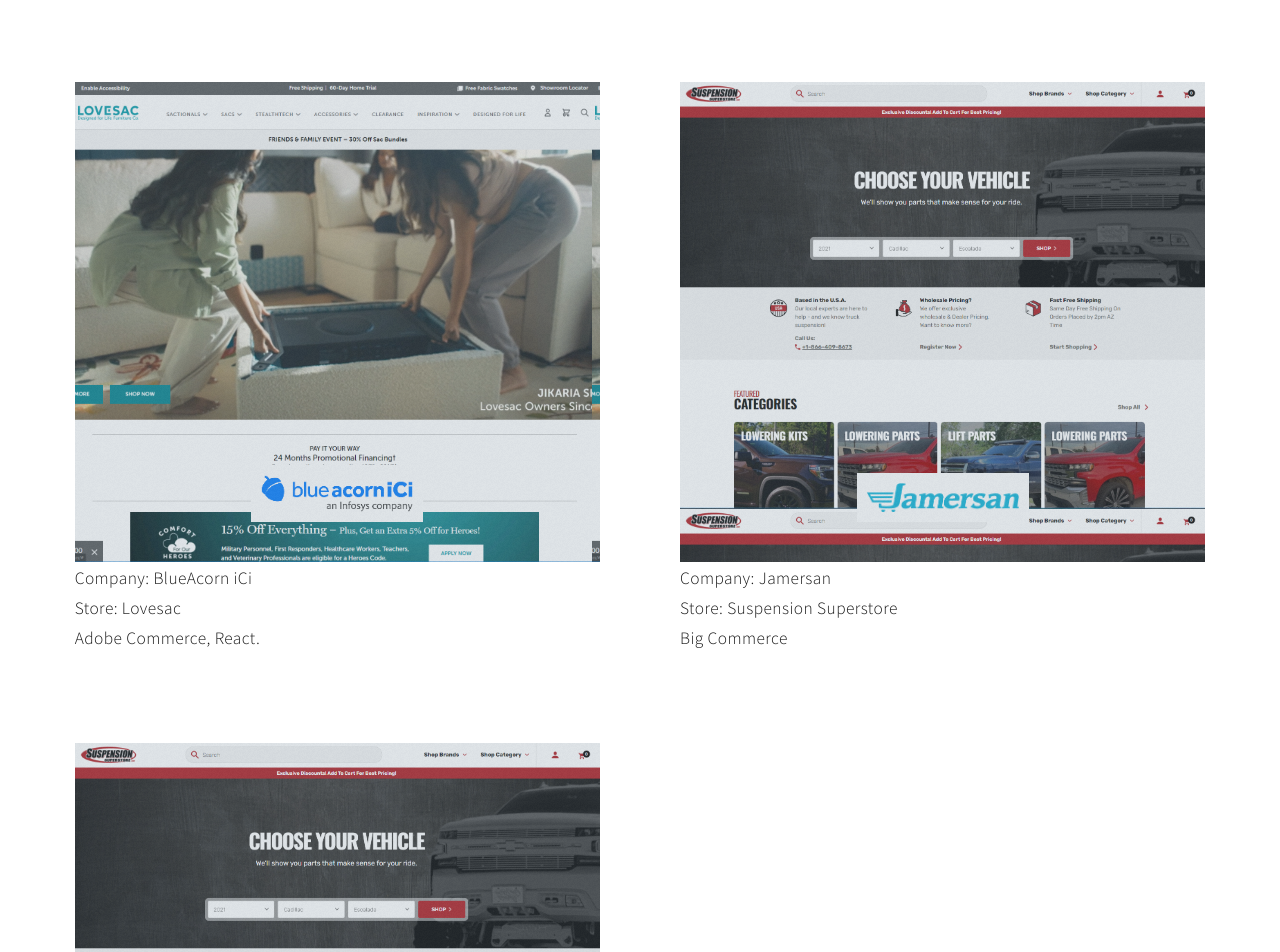
Repository: mauriciopazpp/mauriciopazpp.github.io
Page: index.html
These files come from the project's save history. The page is drawn as it stood at one moment and after the next save; the edit follows.
The browser window is 1280 px wide. The pictures show the part of the page from y = 5548 to 6500 px (the page is 8108 px tall).
A picture or video elsewhere on the page could not be fetched, so the positions and the page height are approximate. Backgrounds fixed to the window are drawn as part of the page.

Above is the page before, as saved 2024-03-05 23:15:50.
Console error: TypeError: Cannot set properties of undefined (setting 'windowMargin')

### index.html
<!DOCTYPE HTML>
<html>
	<head>
		<title>Mauricio Paz</title>
		<meta charset="utf-8" />
		<meta name="viewport" content="width=device-width, initial-scale=1, user-scalable=no" />
		<link rel="stylesheet" href="assets/css/main.css" />
		<noscript><link rel="stylesheet" href="assets/css/noscript.css" /></noscript>
		<link rel="icon" type="image/x-icon" href="images/favicon.png">
	</head>
	<body class="is-preload">
		<!-- <img id="preload" src="images/preloader.gif"> -->
		<!-- Header -->
			<header id="header">
				<div class="logo-header">
					<img src="images/logo-2.png" alt="Mauricio Paz Pacheco CV">
				</div>
				<nav>
					<ul>
						<li><a href="#intro">Intro</a></li>
						<li><a href="#one">Who I am</a></li>
						<li><a href="#two">Skills and Certifications</a></li>
						<li><a href="#work">Experience</a></li>
						<li><a href="#portfolio">Portfolio</a></li>
						<li style="display: none;"><a href="#things">My Things</a></li>
						<li><a href="#contact">Contact</a></li>
					</ul>
				</nav>
			</header>

		<!-- Intro -->
			<section id="intro" class="main style1 dark fullscreen">
				<div class="content">
					<header>
						<h2>Mauricio Paz</h2>
					</header>
					<p>Enter the realm of my career.</p>
					<footer>
						<!-- <a href="#one" class="button style2 down">More</a> -->
						<a href="cv/Mauricio.pdf" target="_blank" class="button">Download CV</a>
						<a href="#one" class="button">More</a>
					</footer>
				</div>
			</section>

		<!-- One -->
			<section id="one" class="main style2 right dark fullscreen">
				<div class="content box style2">
					<header>
						<h2>Who I am</h2>
					</header>
					<p>Mauricio, <span id="age">35</span> years old, more than a decade of experience in the systems development field. Certified by Adobe. Married, living in the south of Brazil. I enjoy Rock, Heavy Metal, cats and games.</p>
					<p>Let's be friends, this is my insta <a href="https://www.instagram.com/mauricio.paz.p/" style="text-decoration: none; font-weight: bold;">@mauricio.paz.p</a></p>
				</div>
				<a href="#two" class="button style2 down anchored">Next</a>
			</section>

		<!-- Two -->
			<section id="two" class="main style2 left dark fullscreen">
				<div class="content box style2">
					<header>
						<h2>Skills</h2>
					</header>
					<p><b class="php">#php</b>, <b class="javascript">#javascript</b>, <b class="node">#node</b>, <b class="graphql">#graphql</b>, <b class="sql">#sql</b></p>
					<p><b class="adobecommerce">#adobecommerce</b>, <b class="bigcommerce">#bigcommerce</b>, <b class="shopify">#shopify</b>, <b class="pwastudio">#pwastudio</b></p>
					<p><b class="vuejs">#vuejs</b>, <b class="react">#react</b>, <b class="reactnative">#reactnative</b></p>
					<p><b class="git">#git</b>, <b class="warden">#warden</b>, <b class="docker">#docker</b>, <b class="commercecloud">#commercecloud</b></p>
					<p><b class="frontend">#frontend</b>, <b class="backend">#backend</b>, <b class="fullstack">#fullstack</b></p>
					<p><b class="english">#english</b>, <b class="portuguese">#portuguese</b></p>

					<br>

					<h2>Certifications</h2>
					<p>
						<b>
						- Adobe Certified Expert - Adobe Commerce Front-End Developer.
						<a href="https://www.credly.com/badges/2049df38-8aab-49f0-89bc-399480d42e42/linked_in" target="_blank">
							Check the link
						</a>
						</b>
					</p>

				</div>
				<a href="#work" class="button style2 down anchored">Next</a>
			</section>

		<!-- Work -->
			<section id="work" class="main style3 primary">
				<div class="content">
					<header>
						<h2>My Experience</h2>
						<p>Over the years, I have worked in various companies and faced challenges that have shaped my expertise in development. At BlueAcorn iCi, I participated in projects for major companies such as Lovesac and Sony, using Adobe Commerce and React. At Jamersan, I contributed to creating stores using BigCommerce. At Unimed, I had the opportunity to independently create software from scratch, developing highly robust systems that are still in use today. Currently, at IronPlane, I am expanding my knowledge in PWA Studio. My journey is a constant pursuit of technical excellence and the ability to positively impact through software development.</p>
					</header>

					<!-- Gallery  -->
						<div class="gallery">
							<article class="from-left" style="background: url(images/fulls/02.jpg);">
								<div class="description">
									<p><b>IronPlane</b> - <i>Portland, ME, USA</i> <br> 04/2023 - Current</p>
									<ul>
										<li>•  Designed and implemented stores using Adobe Commerce.</li>
										<li>•  Upgrade PWA Studio stores and bug fixes using Adobe Commerce, PWA Studio, React, webpack, GraphQL, HTML, and CSS.</li>
										<li>•  Code-reviews in BigCommerce and Adobe Commerce stores.</li>
									</ul>
								</div>
								<div class="company">
									<img src="images/comp/ironplane.svg" alt="ironplane" class="logo">
								</div>
								<!-- <a href="images/fulls/01.jpg" class="image fit"><img src="images/thumbs/01.jpg" title="The Anonymous Red" alt="" /></a> -->
							</article>
							<article class="from-right" style="background: url(images/fulls/05.jpg);">
								<div class="description">
									<p><b>Jamersan</b> - <i>Opelika, AL, USA</i> <br> 02/2023 - 12/2023</p>
									<ul>
										<li>•  Led the creation of stores, managing product imports, and crafting database management scripts using api, bash script, php and javascript.</li>
										<li>•  Designed and developed new stores using BigCommerce, incorporating webhooks, APIs, and app development.</li>
									</ul>
								</div>
								<div class="company">
									<img src="images/comp/jamersan.webp" alt="jamersan" class="logo">
								</div>
								<!-- <a href="images/fulls/02.jpg" class="image fit"><img src="images/thumbs/02.jpg" title="Airchitecture II" alt="" /></a> -->
							</article>
							<article class="from-left" style="background: url(images/fulls/01.jpg);">
								<div class="description">
									<p><b>BlueAcorn iCi</b> - <i>Charleston, SC, USA</i> <br>03/2021 - 02/2023</p>
									<ul>
										<li>•  Senior Front-end Developer, <i>a leading company in award-winning digital transformations for Fortune 500 companies.</i> I collaborated on large-scale projects, including creating digital experiences for renowned brands such as Apple and Sony.</li>
										<li>•  Led a Front-end development team on an Adobe Commerce project, ensuring timely and high-quality delivery.</li>
										<li>•  Development and enhancement of stores for renowned brands like Lovesac, using technologies such as Adobe Commerce, React, and advanced customization tools, such as product creation in a 3D environment.</li>
									</ul>
								</div>
								<div class="company">
									<img src="images/comp/blueacorn.png" alt="blueacornici" class="logo">
								</div>
								<!-- <a href="images/fulls/03.jpg" class="image fit"><img src="images/thumbs/03.jpg" title="Air Lounge" alt="" /></a> -->
							</article>
							<article class="from-right" style="background: url(images/fulls/03.jpg);">
								<div class="description">
									<p><b>MageMontreal</b> - <i>Sainte-Agathe-des-Monts/QC  Canada</i> <br>08/2020 - 02/2021</p>
									<ul>
										<li>•  Front-end Developer at MageMontreal, contributing to the development of multiple online stores using Adobe Commerce.</li>
										<li>•  Continuous Integration/Deployment Pipeline Integration, pull requests, code reviews.</li>
									</ul>
								</div>
								<div class="company">
									<img src="images/comp/magemontreal.svg" alt="magemontreal" class="logo" style="background: #f84601">
								</div>
								<!-- <a href="images/fulls/03.jpg" class="image fit"><img src="images/thumbs/03.jpg" title="Air Lounge" alt="" /></a> -->
							</article>
							<article class="from-left" style="background: url(images/fulls/04.jpg);">
								<div class="description">
									<p><b>Redstage</b> - <i>New York, NY, USA</i> <br>03/2019 - 08/2020</p>
									<ul>
										<li>• Initiated the creation of work automation scripts, proposing tasks such as branch creation, automatic status updates in Jira, pull request creation via terminal, and development of a webhook on GitHub to send automatic notifications to Slack.</li>
										<li>•  Full Stack Developer, responsible for the creation and updates of stores using Adobe Commerce.</li>
									</ul>
								</div>
								<div class="company">
									<img src="images/comp/fulcrum.webp" alt="fulcrum" class="logo">
								</div>
								<!-- <a href="images/fulls/03.jpg" class="image fit"><img src="images/thumbs/03.jpg" title="Air Lounge" alt="" /></a> -->
							</article>
							<article class="from-right" style="background: url(images/fulls/06.jpg);">
								<div class="description">
									<p><b>KolinaLabs</b> - <i>Guarapuava, PR, Brazil</i> <br>06/2018 - 02/2019</p>
									<ul>
										<li>•  Development of system applications, including a solar panel system for Sices Brasil, the largest solar panel producer in Latin America.</li>
										<li>•  Creation and maintenance of apps using Vue.js, webpack, Sass, among others, to ensure efficient and high-quality implementation.</li>
										<li>•  BI Developer, creating an advanced dashboard using QlikSense to enhance data analysis and decision-making at Sices Brasil.</li>
									</ul>
								</div>
								<div class="company">
									<img src="images/comp/kolinalabs.png" alt="kolinalabs" class="logo">
								</div>
								<!-- <a href="images/fulls/03.jpg" class="image fit"><img src="images/thumbs/03.jpg" title="Air Lounge" alt="" /></a> -->
							</article>
							<article class="from-left" style="background: url(images/fulls/06.jpg);">
								<div class="description">
									<p><b>Unimed</b> - <i>Guarapuava, PR, Brazil</i> <br>08/2015 - 06/2018</p>
									<ul>
										<li>•  Largest healthcare company in latin america, I developed approximately 12 systems using Laravel independently, including 2 large systems that continued to be used for over 6 years, even after my departure from the company.</li>
										<li>•  Responsible for the entire system development process, from gathering requirements to development, deployment, testing, and support.</li>
										<li>•  I created a workflow system that automated all internal processes, providing greater ease of work for everyone.</li>
										<li>•  I conceptualized and developed a system that reduced an employee's workload time from 2 months to just 1 minute, automating the compression and sending of multiple PDFs via email to health plan beneficiaries.</li>
									</ul>
								</div>
								<div class="company">
									<img src="images/comp/unimed.png" alt="Unimed" class="logo" style="padding: 0;">
								</div>
								<!-- <a href="images/fulls/03.jpg" class="image fit"><img src="images/thumbs/03.jpg" title="Air Lounge" alt="" /></a> -->
							</article>
							<article class="from-right" style="background: url(images/fulls/06.jpg);    display: flex;
							align-content: center;
							justify-content: center;
							align-items: center;">
								<a href="https://www.linkedin.com/in/m-paz/details/experience/">
									<p><b style="color: white; text-decoration: underline;" target="_blank">See More</b></p>
								</a>
							</article>
						</div>
				</div>
			</section>

		<!-- Portfolio -->
		<section id="portfolio" class="main style3 primary">
			<div class="content">
				<header>
					<h2>Portfolio</h2>
					<p>Lorem ipsum dolor sit amet consectetur adipisicing elit. Quisquam ipsam suscipit, facere veniam voluptas explicabo magni quidem quasi vel consequuntur nemo unde at dolore, nulla aut nostrum. Quae, ex quo.</p>
				</header>

				<!-- Gallery  -->
					<div class="gallery">
						<article class="from-left">
							<div class="image"  style="background: url(images/portfolio/lovesac.png);">
								<div class="description"></div>
								<div class="company">
									<img src="images/comp/blueacorn.png" alt="Blueacorn" class="logo">
								</div>
							</div>
							<div class="information">
								<p>Company: BlueAcorn iCi</p>
								<p>Store: Lovesac</p>
								<p>Adobe Commerce, React.</p>
							</div>
						</article>
						<article class="from-right">
							<div class="image"  style="background: url(images/portfolio/ss.png);">
								<div class="description"></div>
								<div class="company">
									<img src="images/comp/jamersan.webp" alt="Jamersan" class="logo">
								</div>
							</div>
							<div class="information">
								<p>Company: Jamersan</p>
								<p>Store: Suspension Superstore</p>
								<p>Big Commerce</p>
							</div>
						</article>
						<article class="from-left">
							<div class="image"  style="background: url(images/portfolio/ss.png);">
								<div class="description"></div>
								<div class="company">
									<img src="images/comp/jamersan.webp" alt="Jamersan" class="logo">
								</div>
							</div>
							<div class="information">
								<p>Company: Jamersan</p>
								<p>Store: Suspension Superstore</p>
								<p>Big Commerce</p>
							</div>
						</article>
					</div>
			</div>
		</section>

		<!-- Contact -->
			<section id="contact" class="main style3 secondary">
				<div class="content">
					<header>
						<h2>Say Hello.</h2>
						<p>Whether you have a question, want to collaborate, or just say hello, I'd love to hear from you.</p>
					</header>
					<div class="box">
						<form method="post" action="https://formspree.io/xaypakzd">
							<div class="fields">
								<div class="field half"><input type="text" name="username" placeholder="Name" required/></div>
								<div class="field half"><input type="email" name="email" placeholder="Email" required /></div>
								<div class="field"><textarea name="message" placeholder="Message" rows="6" required></textarea></div>
							</div>
							<ul class="actions special">
								<li><input type="submit" value="Send Message" /></li>
							</ul>
						</form>
					</div>
					<h2>You can also message me using social apps</h2>
					<ul class="list-inline fullscreen-nav-holder">
						<li><a class="text-uppercase" href="https://www.linkedin.com/in/m-paz/?locale=en_US">Linkedin</a></li>
						<li><a class="text-uppercase" href="https://www.instagram.com/mauricio.paz.p/">Instagram</a></li>
						<li><a class="text-uppercase" href="https://wa.me/5542984152452?text=Hi%21+I+came+across+your+linkedin+profile">Whatsapp</a></li>
					</ul>
					<ul class="list-inline fullscreen-nav-holder">
						<li><b>mauriciopazdev@gmail.com</b></li>
						<li><b>+55 42 9-8415-24-52</b></li>
					</ul>

					<h2 style="color: cornflowerblue; margin-bottom: 30px">
						Thanks for stopping by!
					</h2>
					<br>
				</div>
			</section>

			<!-- Things -->
			<section id="things" class="main style3 primary" style="display: none;">
				<div class="content">
					<header>
						<h2>My Things</h2>
						<p>I believe that our professional life is closely linked to who we are and what we enjoy, so here are some of my childhood and teenager works.</p>
					</header>

					<!-- Gallery  -->
					<h3>Drawings</h3>
					<div class="gallery">
						<article class="from-left">
							<img src="images/things/draw.jpg">
						</article>
						<article class="from-right">
							<img src="images/things/draw2.jpg">
						</article>
					</div>
					<h3>Drawings in MsPaint, before touch screen exist</h3>
					<div class="gallery">
						<article class="from-left">
							<img src="images/things/paint3.jpg">
						</article>
						<article class="from-right">
							<img src="images/things/paint.jpg">
						</article>
					</div>
					<h3>3D modeling work, before become a developer</h3>
					<div class="gallery">
						<article class="from-left">
							<img src="images/things/3d.jpg">
						</article>
						<article class="from-right">
							<img src="images/things/3d3.jpg">
						</article>
					</div>
				</div>
			</section>

		<!-- Footer -->
			<footer id="footer">

				<!-- Icons -->
					<ul class="icons">
						<li><a href="https://www.facebook.com/mauriciopazpacheco" class="icon brands fa-facebook-f"><span class="label">Facebook</span></a></li>
						<li><a href="https://www.instagram.com/mauricio.paz.p/" class="icon brands fa-instagram"><span class="label">Instagram</span></a></li>
						<li><a href="https://www.linkedin.com/in/m-paz/?locale=en_US" class="icon brands fa-linkedin-in"><span class="label">LinkedIn</span></a></li>
					</ul>

				<!-- Menu -->
					<ul class="menu">
						<li>Mauricio Paz Pacheco</li><li></li>
					</ul>

			</footer>

		<!-- Scripts -->
			<script src="assets/js/jquery.min.js"></script>
			<script src="assets/js/jquery.poptrox.min.js"></script>
			<script src="assets/js/jquery.scrolly.min.js"></script>
			<script src="assets/js/jquery.scrollex.min.js"></script>
			<script src="assets/js/browser.min.js"></script>
			<script src="assets/js/breakpoints.min.js"></script>
			<script src="assets/js/util.js"></script>
			<script src="assets/js/main.js"></script>
	</body>
	<script>
		const dob = new Date('1988-12-08');
		const now = new Date();
		let age = now.getFullYear() - dob.getFullYear();
		if (now.getMonth() < dob.getMonth() || (now.getMonth() === dob.getMonth() && now.getDate() < dob.getDate())) {
			age--;
		}
		document.getElementById('age').textContent = age;
	</script>
</html>

Loaded but not shown: assets/css/fontawesome-all.min.css (library); assets/js/jquery.min.js (library); assets/js/jquery.poptrox.min.js (library); assets/js/jquery.scrolly.min.js (common file); assets/js/jquery.scrollex.min.js (common file); assets/js/browser.min.js (common file); assets/js/breakpoints.min.js (common file); assets/js/util.js (587 lines, source omitted); assets/js/main.js (219 lines, source omitted); assets/css/main.css (2540 lines, source omitted)

After the next save:
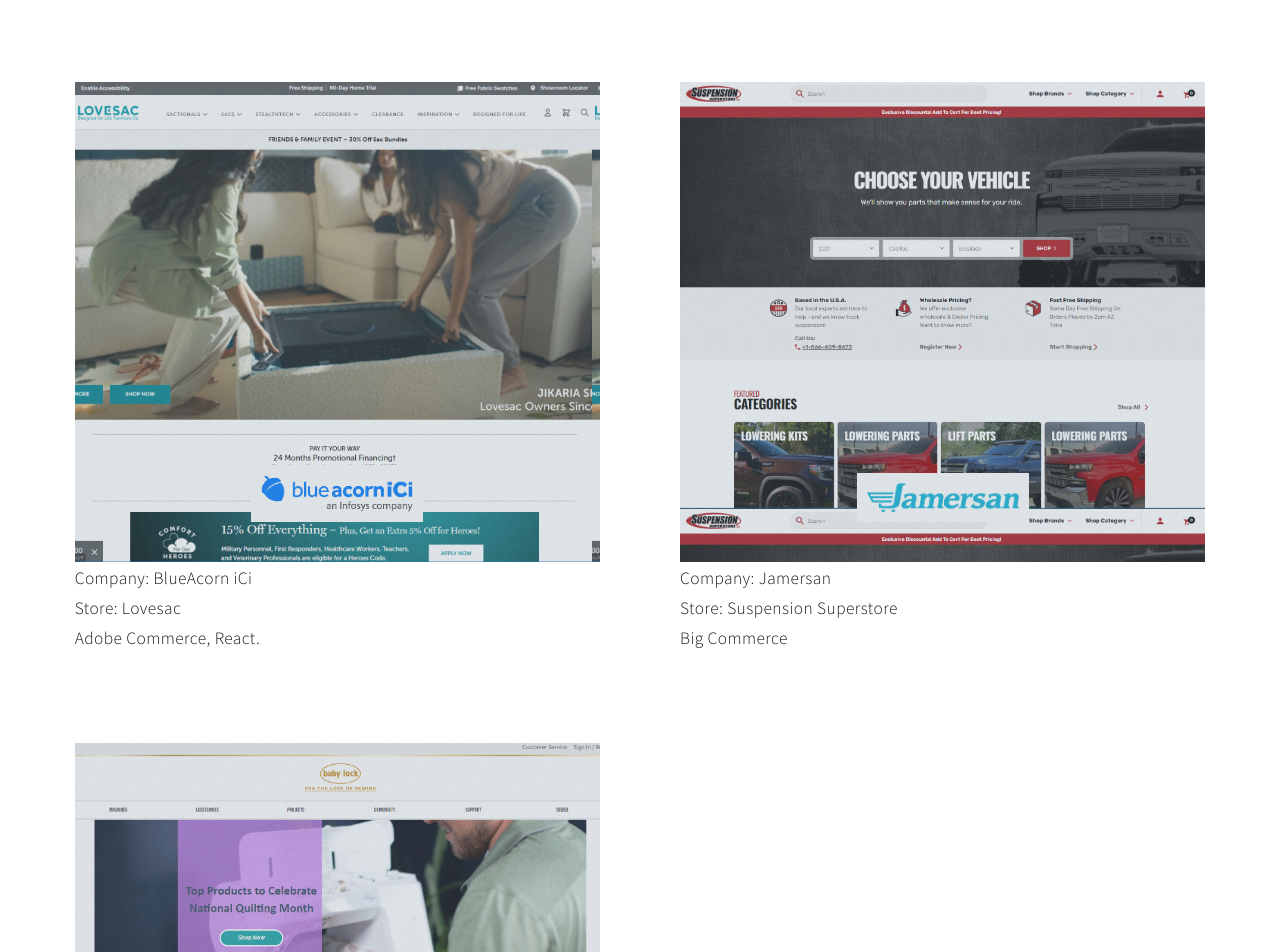
Saved 3 min 3 s later.
--- a/index.html
+++ b/index.html
@@ -239,7 +239,7 @@
 							</div>
 						</article>
 						<article class="from-left">
-							<div class="image"  style="background: url(images/portfolio/ss.png);">
+							<div class="image"  style="background: url(images/portfolio/babylock.png);">
 								<div class="description"></div>
 								<div class="company">
 									<img src="images/comp/jamersan.webp" alt="Jamersan" class="logo">
